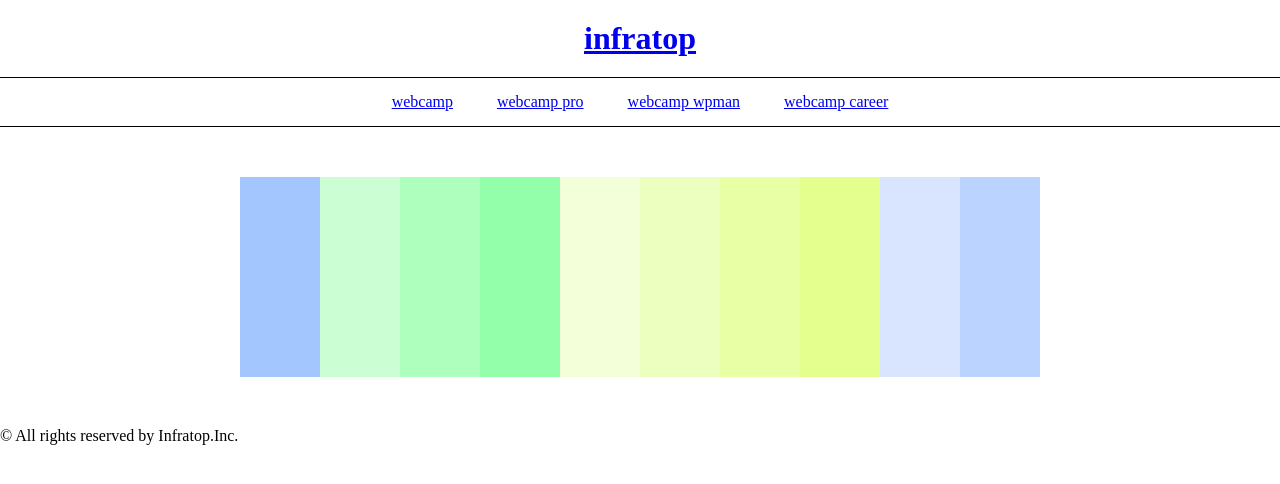
Repository: Y-takumi0/DMMwebcamp
Page: exercise/chapter5.html
The author's editor kept a record of every edit. The page is drawn from the files as they stood at one moment, then again after the next edit.
The browser window is 1280 px wide. The pictures show the whole page.

Above is the page before.

After the next edit:
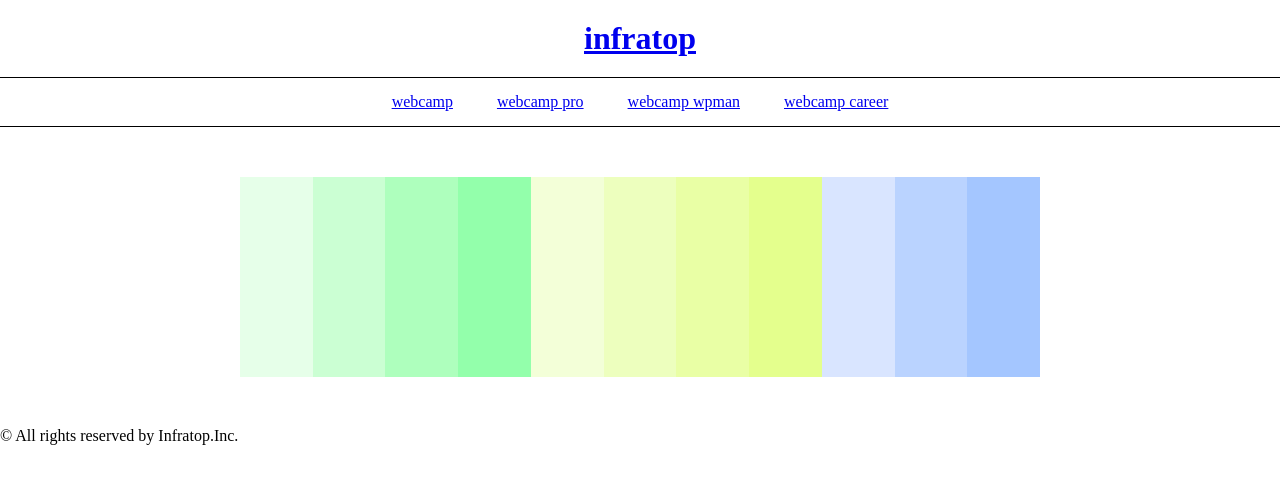
The edit:
--- a/exercise/chapter5.css
+++ b/exercise/chapter5.css
@@ -95,7 +95,7 @@
   background-color: #bad3ff;
 }
 
-.square1 {
+.square11 {
   width: 200px;
   height: 200px;
   background-color: #a4c6ff;
